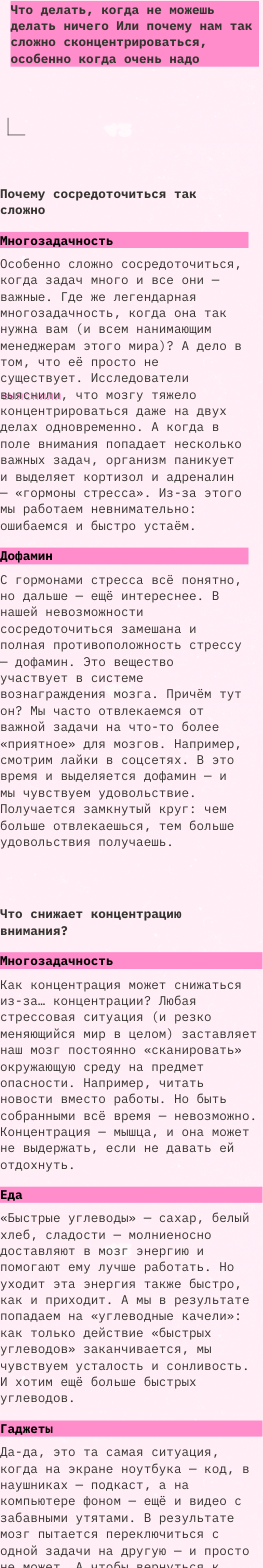
Repository: Hadoooouken/slozhno-sosredotochitsya
Page: index.html
An editor plug-in stored every save of this project. The page is shown before and after the next save, followed by the edit.
The browser window is 375 px wide. The page is 376 px wide, so the pictures cover 376 px, including what lies to the right of the window. The pictures show the part of the page from y = 595 to 2835 px (the page is 7669 px tall before and 7649 px after), at 70% of full size.
Backgrounds fixed to the window are drawn as part of the page.

Above is the page before, as saved 2024-01-24 21:43:11.

After the next save:
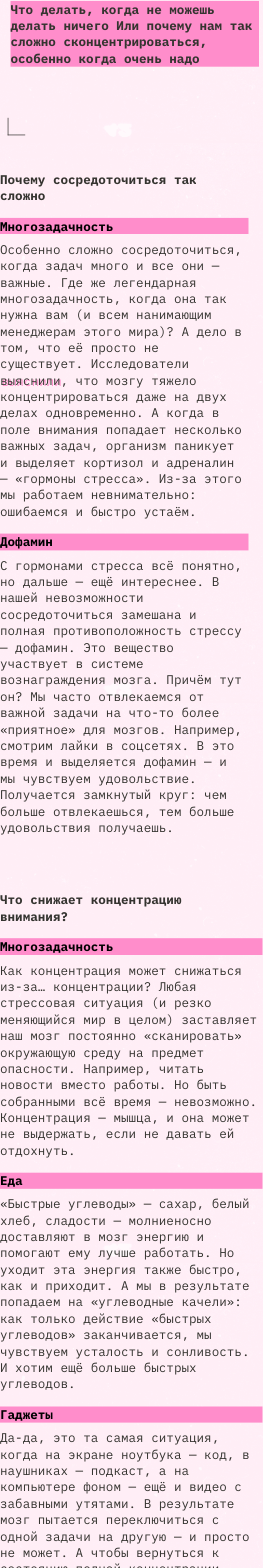
Saved 11 s later.
--- a/styles/style.css
+++ b/styles/style.css
@@ -392,7 +392,7 @@
     justify-items: start; /*хз что тут*/
   }
   .main {
-    padding-top: ;
+    padding-top: 40px;
   }
   .focus__block {
 
